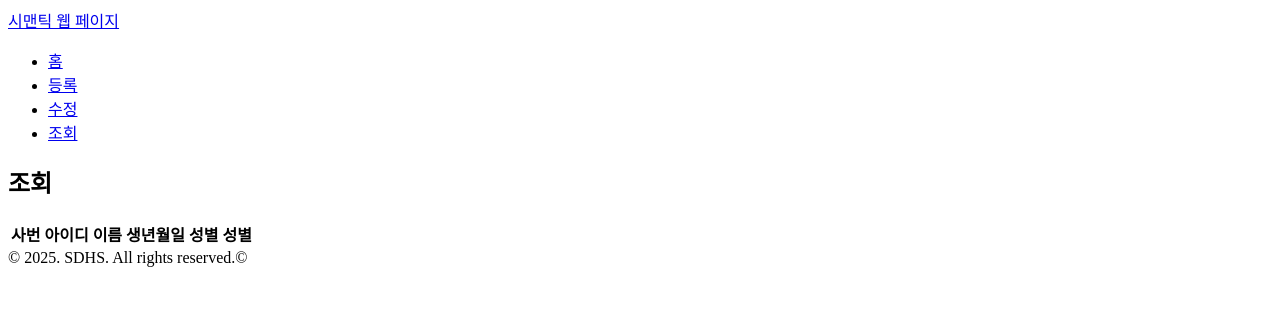
Repository: balhyo-younjisang/DigitechJSP
Page: http://localhost/InputPractice/list.jsp
The author's editor kept a copy of each file at every save. The page is drawn from the files as they stood at one save, then again after a run of saves.
The browser window is 1280 px wide. The pictures show the whole page.
The page is served by Tomcat 9. Queries for data that is not in the repository find no rows.

Above is the page before, as saved 2025-03-28 05:21:06.

After the next 2 saves:
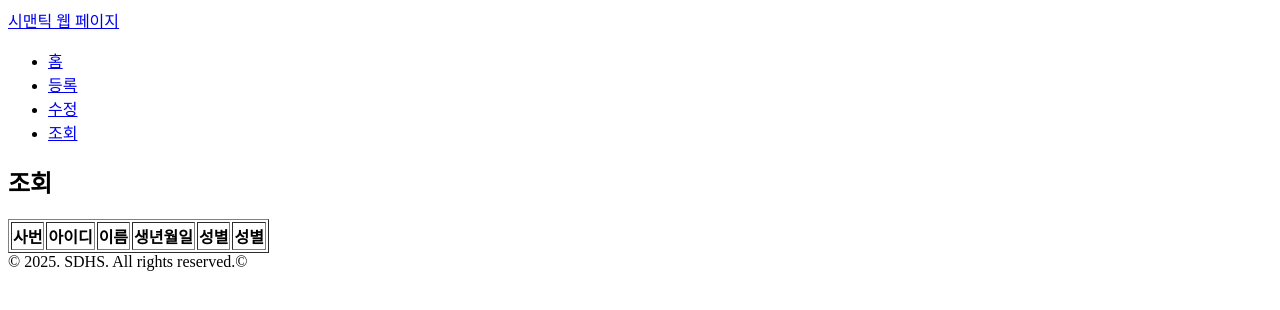
The 2 saves are shown as one change because they came seconds apart.
The last was saved 11 s later.
--- a/InputPractice/src/main/webapp/list.jsp
+++ b/InputPractice/src/main/webapp/list.jsp
@@ -20,7 +20,7 @@
 	<%@ include file="./component/header.jsp" %>
 	<main>
 		<h2>조회</h2>
-		<table>
+		<table border="1">
 			<tr>
 				<th>사번</th>
 				<th>아이디</th>
@@ -34,6 +34,13 @@
 			%>
 				<tr>
 					<td><%=rs.getString("no") %></td>
+					<td><%=rs.getString("no") %></td>
+					<td><%=rs.getString("no") %></td>
+					<td><%=rs.getString("no") %></td>
+					<td><%=rs.getString("no") %></td>
+					<td><%=rs.getString("no") %></td>
+					<td><%=rs.getString("no") %></td>
+					<td><%=rs.getString("no") %></td>
 				</tr>
 			<%
 				}
